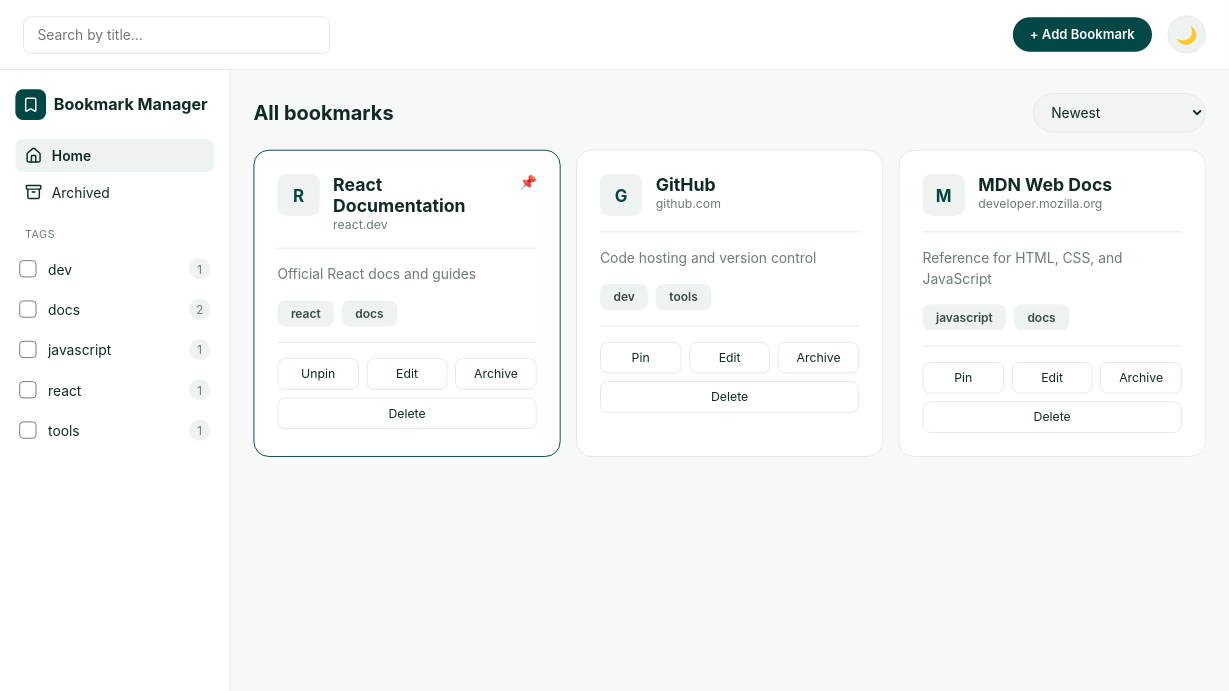
Repository: K0k1M4r/Big-Game-React
Page: /
These files come from the project's save history. The page is drawn as it stood at one moment and after the next save; the edit follows.
The browser window is 1280 px wide. The pictures show the whole page, at 96% of full size.
The project was rebuilt for these pictures with package versions that can differ from the ones it lists, and the page was loaded fresh each time. Also part of the build but not shown: vite.config.js, src/components/Modal.jsx, src/components/BookmarkForm.jsx.

Above is the page before, as saved 2026-09-23 19:27:04.

### index.html
<!doctype html>
<html lang="en">
  <head>
    <meta charset="UTF-8" />
    <link rel="icon" type="image/svg+xml" href="/favicon.svg" />
    <meta name="viewport" content="width=device-width, initial-scale=1.0" />
    <title>bookmark-manager</title>
  </head>
  <body>
    <div id="root"></div>
    <script type="module" src="/src/main.jsx"></script>
  </body>
</html>

### src/App.jsx
import { useState, useEffect } from "react";
import Header from "./components/Layout/Header";
import Sidebar from "./components/Layout/Sidebar";
import SortSelect from "./components/SortSelect";
import BookmarkList from "./components/BookmarkList";
import Modal from "./components/Modal";
import BookmarkForm from "./components/BookmarkForm";

function App() {
  const [bookmarks, setBookmarks] = useState([]);
  const [isLoading, setIsLoading] = useState(true);
  const [isModalOpen, setIsModalOpen] = useState(false);
  const [editingBookmark, setEditingBookmark] = useState(null);
  const [currentView, setCurrentView] = useState("all");
  const [searchTerm, setSearchTerm] = useState("");
  const [selectedTag, setSelectedTag] = useState("All");
  const [sortOption, setSortOption] = useState("newest");
  const [isSidebarOpen, setIsSidebarOpen] = useState(false);
  const [theme, setTheme] = useState(
    () => localStorage.getItem("theme") || "light"
  );

  // Initial load: localStorage first, fallback to bookmarks.json
  useEffect(() => {
    const stored = localStorage.getItem("bookmarks");

    if (stored) {
      setTimeout(() => {
        setBookmarks(JSON.parse(stored));
        setIsLoading(false);
      }, 800);
    } else {
      fetch("/data/bookmarks.json")
        .then((res) => res.json())
        .then((data) => {
          setTimeout(() => {
            setBookmarks(data);
            setIsLoading(false);
          }, 800);
        })
        .catch((err) => {
          console.error("Failed to load bookmarks:", err);
          setIsLoading(false);
        });
    }
  }, []);

  // Sync bookmarks to localStorage whenever they change (after initial load)
  useEffect(() => {
    if (!isLoading) {
      localStorage.setItem("bookmarks", JSON.stringify(bookmarks));
    }
  }, [bookmarks, isLoading]);

  // Sync theme to localStorage + apply to document
  useEffect(() => {
    localStorage.setItem("theme", theme);
    document.documentElement.setAttribute("data-theme", theme);
  }, [theme]);

  function toggleTheme() {
    setTheme((prev) => (prev === "light" ? "dark" : "light"));
  }

  function handleAddBookmark(newBookmark) {
    setBookmarks((prev) => [...prev, newBookmark]);
    closeModal();
  }

  function handleUpdateBookmark(updatedBookmark) {
    setBookmarks((prev) =>
      prev.map((b) => (b.id === updatedBookmark.id ? updatedBookmark : b))
    );
    closeModal();
  }

  function handleDeleteBookmark(id) {
    const confirmed = window.confirm("Delete this bookmark?");
    if (!confirmed) return;
    setBookmarks((prev) => prev.filter((b) => b.id !== id));
  }

  function handleTogglePin(id) {
    setBookmarks((prev) =>
      prev.map((b) => (b.id === id ? { ...b, pinned: !b.pinned } : b))
    );
  }

  function handleToggleArchive(id) {
    setBookmarks((prev) =>
      prev.map((b) => (b.id === id ? { ...b, archived: !b.archived } : b))
    );
  }

  function openAddModal() {
    setEditingBookmark(null);
    setIsModalOpen(true);
  }

  function openEditModal(bookmark) {
    setEditingBookmark(bookmark);
    setIsModalOpen(true);
  }

  function closeModal() {
    setIsModalOpen(false);
    setEditingBookmark(null);
  }

  function handleChangeView(view) {
    setCurrentView(view);
    setIsSidebarOpen(false);
  }

  function handleSelectTag(tag) {
    setSelectedTag(tag);
    setIsSidebarOpen(false);
  }

  const viewFiltered = bookmarks.filter((b) =>
    currentView === "archived" ? b.archived : !b.archived
  );

  const searchFiltered = viewFiltered.filter((b) => {
    const term = searchTerm.trim().toLowerCase();
    if (!term) return true;
    return (
      b.title.toLowerCase().includes(term) ||
      b.description.toLowerCase().includes(term)
    );
  });

  const tagFiltered = searchFiltered.filter((b) =>
    selectedTag === "All" ? true : b.tags.includes(selectedTag)
  );

  const sorted = [...tagFiltered].sort((a, b) => {
    if (a.pinned !== b.pinned) return a.pinned ? -1 : 1;

    switch (sortOption) {
      case "newest":
        return new Date(b.createdAt) - new Date(a.createdAt);
      case "oldest":
        return new Date(a.createdAt) - new Date(b.createdAt);
      case "az":
        return a.title.localeCompare(b.title);
      case "za":
        return b.title.localeCompare(a.title);
      default:
        return 0;
    }
  });

  // Tag counts based on the current view (all vs archived)
  const tagCounts = {};
  viewFiltered.forEach((b) => {
    b.tags.forEach((tag) => {
      tagCounts[tag] = (tagCounts[tag] || 0) + 1;
    });
  });
  const tagsWithCounts = Object.keys(tagCounts)
    .sort()
    .map((name) => ({ name, count: tagCounts[name] }));

  const visibleBookmarks = sorted;

  return (
    <div className="app">
      <Header
        theme={theme}
        onToggleTheme={toggleTheme}
        searchTerm={searchTerm}
        onSearchChange={setSearchTerm}
        onAddClick={openAddModal}
        onMenuClick={() => setIsSidebarOpen((prev) => !prev)}
      />
      <div className="app-body">
      <Sidebar
          currentView={currentView}
          onChangeView={handleChangeView}
          tags={tagsWithCounts}
          selectedTag={selectedTag}
          onSelectTag={handleSelectTag}
          isOpen={isSidebarOpen}
        />
        <main className="app-main">
          <div className="content-header">
            <h2>{currentView === "archived" ? "Archived" : "All bookmarks"}</h2>
            <SortSelect sortOption={sortOption} onSortChange={setSortOption} />
          </div>

          {isLoading ? (
            <p>Loading bookmarks...</p>
          ) : (
            <BookmarkList
              bookmarks={visibleBookmarks}
              onEdit={openEditModal}
              onDelete={handleDeleteBookmark}
              onTogglePin={handleTogglePin}
              onToggleArchive={handleToggleArchive}
              currentView={currentView}
              searchTerm={searchTerm}
            />
          )}
        </main>
      </div>

      {isModalOpen && (
        <Modal onClose={closeModal}>
          <BookmarkForm
            key={editingBookmark ? editingBookmark.id : "new"}
            initialData={editingBookmark}
            onSave={editingBookmark ? handleUpdateBookmark : handleAddBookmark}
          />
        </Modal>
      )}
    </div>
  );
}

export default App;

### src/components/Layout/Header.jsx
import SearchBar from "../SearchBar";

function Header({ theme, onToggleTheme, searchTerm, onSearchChange, onAddClick, onMenuClick }) {
  return (
    <header className="app-header">
      <button className="menu-btn" onClick={onMenuClick} aria-label="Toggle menu">
        ☰
      </button>

      <SearchBar searchTerm={searchTerm} onSearchChange={onSearchChange} />

      <button className="add-bookmark-btn" onClick={onAddClick}>
        <span className="add-bookmark-text">+ Add Bookmark</span>
        <span className="add-bookmark-icon">+</span>
      </button>

      <button
        className="theme-avatar-btn"
        onClick={onToggleTheme}
        title="Toggle theme"
      >
        {theme === "light" ? "🌙" : "☀️"}
      </button>
    </header>
  );
}

export default Header;

### src/components/Layout/Sidebar.jsx
import { Bookmark, Home, Archive } from "lucide-react";

function Sidebar({ currentView, onChangeView, tags = [], selectedTag, onSelectTag, isOpen }) {
  return (
    <nav className={`sidebar ${isOpen ? "sidebar-open" : ""}`}>
      <div className="sidebar-logo">
        <span className="logo-icon">
          <Bookmark size={18} />
        </span>
        Bookmark Manager
      </div>

      <button
        className={currentView === "all" ? "active" : ""}
        onClick={() => onChangeView("all")}
      >
        <Home size={18} /> Home
      </button>
      <button
        className={currentView === "archived" ? "active" : ""}
        onClick={() => onChangeView("archived")}
      >
        <Archive size={18} /> Archived
      </button>

      <p className="sidebar-tags-label">Tags</p>

      <div className="sidebar-tags">
        {tags.map(({ name, count }) => (
          <label key={name} className="sidebar-tag">
            <input
              type="checkbox"
              checked={selectedTag === name}
              onChange={() =>
                onSelectTag(selectedTag === name ? "All" : name)
              }
            />
            <span className="tag-name">{name}</span>
            <span className="tag-count">{count}</span>
          </label>
        ))}
      </div>
    </nav>
  );
}

export default Sidebar;

### src/components/SortSelect.jsx
function SortSelect({ sortOption, onSortChange }) {
  return (
    <select
      className="sort-select"
      value={sortOption}
      onChange={(e) => onSortChange(e.target.value)}
    >
      <option value="newest">Newest</option>
      <option value="oldest">Oldest</option>
      <option value="az">A-Z</option>
      <option value="za">Z-A</option>
    </select>
  );
}

export default SortSelect;

### src/components/BookmarkList.jsx
import BookmarkCard from "./BookmarkCard";

function BookmarkList({ bookmarks, onEdit, onDelete, onTogglePin, onToggleArchive, currentView, searchTerm }) {
  if (bookmarks.length === 0) {
    let message = "No bookmarks yet. Add one to get started!";

    if (searchTerm.trim()) {
      message = `No bookmarks match "${searchTerm}".`;
    } else if (currentView === "archived") {
      message = "No archived bookmarks.";
    }

    return <p className="empty-state">{message}</p>;
  }

  return (
    <div className="bookmark-list">
      {bookmarks.map((bookmark) => (
        <BookmarkCard
          key={bookmark.id}
          bookmark={bookmark}
          onEdit={onEdit}
          onDelete={onDelete}
          onTogglePin={onTogglePin}
          onToggleArchive={onToggleArchive}
        />
      ))}
    </div>
  );
}

export default BookmarkList;

### src/components/SearchBar.jsx
function SearchBar({ searchTerm, onSearchChange }) {
  return (
    <input
      type="text"
      placeholder="Search by title..."
      className="search-bar"
      value={searchTerm}
      onChange={(e) => onSearchChange(e.target.value)}
    />
  );
}

export default SearchBar;

### src/components/BookmarkCard.jsx
import TagList from "./TagList";

function getInitial(title) {
  return title.charAt(0).toUpperCase();
}

function BookmarkCard({ bookmark, onEdit, onDelete, onTogglePin, onToggleArchive }) {
  let domain = "";
  try {
    domain = new URL(bookmark.url).hostname.replace("www.", "");
  } catch {
    domain = bookmark.url;
  }

  return (
    <div className={`bookmark-card ${bookmark.pinned ? "pinned" : ""}`}>
      <div className="bookmark-card-header">
        <div className="bookmark-favicon">{getInitial(bookmark.title)}</div>
        <div className="bookmark-title-group">
          <h3>{bookmark.title}</h3>
          <p className="bookmark-domain">{domain}</p>
        </div>
        {bookmark.pinned && <span className="pin-badge">📌</span>}
      </div>

      <div className="bookmark-divider" />

      <p className="description">{bookmark.description}</p>

      <TagList tags={bookmark.tags} />

      <div className="bookmark-divider" />

      <div className="card-actions">
        <button onClick={() => onTogglePin(bookmark.id)}>
          {bookmark.pinned ? "Unpin" : "Pin"}
        </button>
        <button onClick={() => onEdit(bookmark)}>Edit</button>
        <button onClick={() => onToggleArchive(bookmark.id)}>
          {bookmark.archived ? "Restore" : "Archive"}
        </button>
        <button onClick={() => onDelete(bookmark.id)}>Delete</button>
      </div>
    </div>
  );
}

export default BookmarkCard;

### src/components/TagList.jsx
function TagList({ tags }) {
  return (
    <ul className="tag-list">
      {tags.map((tag) => (
        <li key={tag} className="tag">{tag}</li>
      ))}
    </ul>
  );
}

export default TagList

Loaded but not shown: src/main.jsx (common file); public/data/bookmarks.json (46 lines, source omitted); src/index.css (594 lines, source omitted)

After the next save:
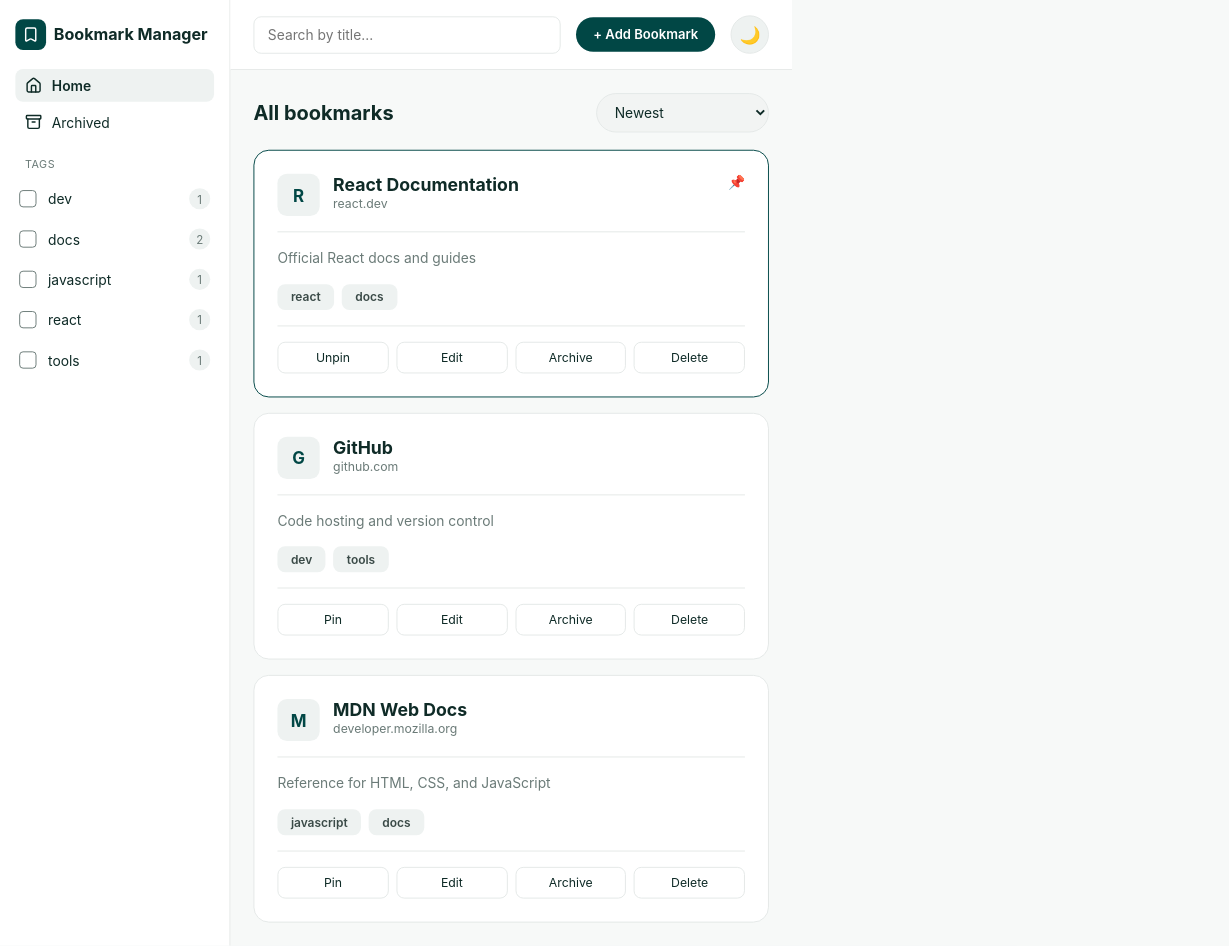
Saved 17 min 20 s later.
--- a/src/App.jsx
+++ b/src/App.jsx
@@ -20,7 +20,6 @@
     () => localStorage.getItem("theme") || "light"
   );
 
-  // Initial load: localStorage first, fallback to bookmarks.json
   useEffect(() => {
     const stored = localStorage.getItem("bookmarks");
 
@@ -45,14 +44,12 @@
     }
   }, []);
 
-  // Sync bookmarks to localStorage whenever they change (after initial load)
   useEffect(() => {
     if (!isLoading) {
       localStorage.setItem("bookmarks", JSON.stringify(bookmarks));
     }
   }, [bookmarks, isLoading]);
 
-  // Sync theme to localStorage + apply to document
   useEffect(() => {
     localStorage.setItem("theme", theme);
     document.documentElement.setAttribute("data-theme", theme);
@@ -151,7 +148,6 @@
     }
   });
 
-  // Tag counts based on the current view (all vs archived)
   const tagCounts = {};
   viewFiltered.forEach((b) => {
     b.tags.forEach((tag) => {
@@ -166,16 +162,8 @@
 
   return (
     <div className="app">
-      <Header
-        theme={theme}
-        onToggleTheme={toggleTheme}
-        searchTerm={searchTerm}
-        onSearchChange={setSearchTerm}
-        onAddClick={openAddModal}
-        onMenuClick={() => setIsSidebarOpen((prev) => !prev)}
-      />
       <div className="app-body">
-      <Sidebar
+        <Sidebar
           currentView={currentView}
           onChangeView={handleChangeView}
           tags={tagsWithCounts}
@@ -183,26 +171,38 @@
           onSelectTag={handleSelectTag}
           isOpen={isSidebarOpen}
         />
-        <main className="app-main">
-          <div className="content-header">
-            <h2>{currentView === "archived" ? "Archived" : "All bookmarks"}</h2>
-            <SortSelect sortOption={sortOption} onSortChange={setSortOption} />
-          </div>
-
-          {isLoading ? (
-            <p>Loading bookmarks...</p>
-          ) : (
-            <BookmarkList
-              bookmarks={visibleBookmarks}
-              onEdit={openEditModal}
-              onDelete={handleDeleteBookmark}
-              onTogglePin={handleTogglePin}
-              onToggleArchive={handleToggleArchive}
-              currentView={currentView}
-              searchTerm={searchTerm}
-            />
-          )}
-        </main>
+
+        <div className="main-column">
+          <Header
+            theme={theme}
+            onToggleTheme={toggleTheme}
+            searchTerm={searchTerm}
+            onSearchChange={setSearchTerm}
+            onAddClick={openAddModal}
+            onMenuClick={() => setIsSidebarOpen((prev) => !prev)}
+          />
+
+          <main className="app-main">
+            <div className="content-header">
+              <h2>{currentView === "archived" ? "Archived" : "All bookmarks"}</h2>
+              <SortSelect sortOption={sortOption} onSortChange={setSortOption} />
+            </div>
+
+            {isLoading ? (
+              <p>Loading bookmarks...</p>
+            ) : (
+              <BookmarkList
+                bookmarks={visibleBookmarks}
+                onEdit={openEditModal}
+                onDelete={handleDeleteBookmark}
+                onTogglePin={handleTogglePin}
+                onToggleArchive={handleToggleArchive}
+                currentView={currentView}
+                searchTerm={searchTerm}
+              />
+            )}
+          </main>
+        </div>
       </div>
 
       {isModalOpen && (
